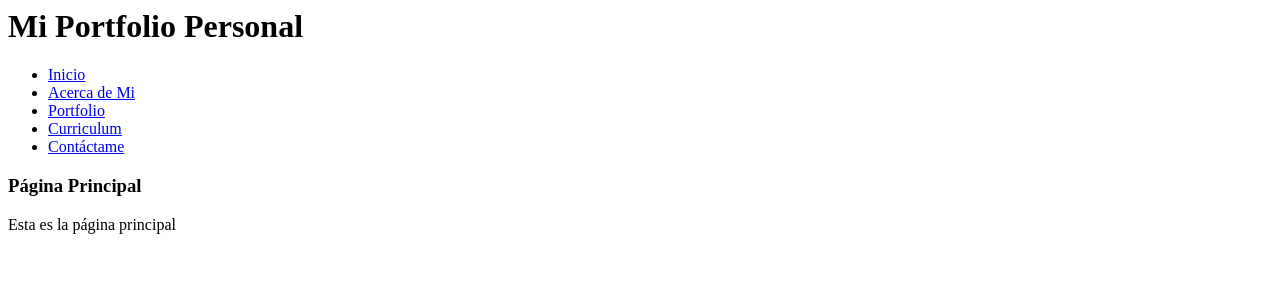
Repository: AlejandroJesusSerrano/portfolio
Page: http://localhost/
These files come from the project's save history. The page is drawn as it stood at one moment and after the next save; the edit follows.
The browser window is 1280 px wide. The pictures show the whole page.
The page is served by the project's application, run on Django 4.2 (manage.py). Other server files are loaded and not shown.

Above is the page before, as saved 2023-09-04 12:40:27.

### portfolio/core/templates/core/home.html
<h1>Mi Portfolio Personal</h1>
<ul>
  <li> <a href="/">Inicio</a> </li>
  <li> <a href="/about-me/">Acerca de Mi</a> </li>
  <li> <a href="/portfolio/">Portfolio</a> </li>
  <li> <a href="/curriculum/">Curriculum</a> </li>
  <li> <a href="/contact/">Contáctame</a> </li>
</ul>


<h3>Página Principal</h3>

<p>Esta es la página principal</p>

### portfolio/core/views.py
from django.shortcuts import render

# Create your views here.
def home(request):
  return render(request, 'core/home.html')

def about(request):
  return render(request, 'core/about.html')

def portfolio(request):
  return render(request, 'core/portfolio.html')

def curriculum(request):
  return render(request, 'core/curriculum.html')

def contact(request):
  return render(request, 'core/contact.html')

### portfolio/portfolio/urls.py
"""
URL configuration for portfolio project.

The `urlpatterns` list routes URLs to views. For more information please see:
    https://docs.djangoproject.com/en/4.2/topics/http/urls/
Examples:
Function views
    1. Add an import:  from my_app import views
    2. Add a URL to urlpatterns:  path('', views.home, name='home')
Class-based views
    1. Add an import:  from other_app.views import Home
    2. Add a URL to urlpatterns:  path('', Home.as_view(), name='home')
Including another URLconf
    1. Import the include() function: from django.urls import include, path
    2. Add a URL to urlpatterns:  path('blog/', include('blog.urls'))
"""
from django.contrib import admin
from django.urls import path
from core import views

urlpatterns = [
    path('', views.home, name='home'),
    path('about-me/', views.about, name='about-me'),
    path('contact/', views.contact, name='contact'),
    path('portfolio/', views.portfolio, name='porfolio'),
    path('curriculum/', views.curriculum, name='curriculum'),
    path('admin/', admin.site.urls),
]

After the next save:
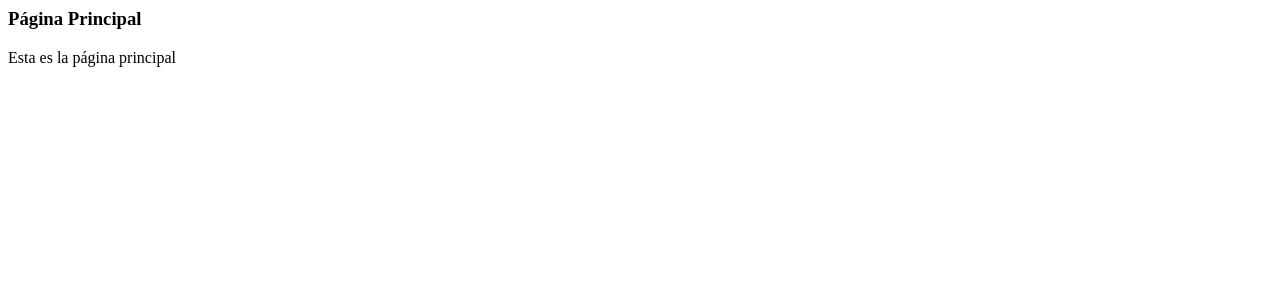
Saved 36 s later.
--- a/portfolio/core/templates/core/home.html
+++ b/portfolio/core/templates/core/home.html
@@ -1,13 +1,3 @@
-<h1>Mi Portfolio Personal</h1>
-<ul>
-  <li> <a href="/">Inicio</a> </li>
-  <li> <a href="/about-me/">Acerca de Mi</a> </li>
-  <li> <a href="/portfolio/">Portfolio</a> </li>
-  <li> <a href="/curriculum/">Curriculum</a> </li>
-  <li> <a href="/contact/">Contáctame</a> </li>
-</ul>
-
-
 <h3>Página Principal</h3>
 
 <p>Esta es la página principal</p>
